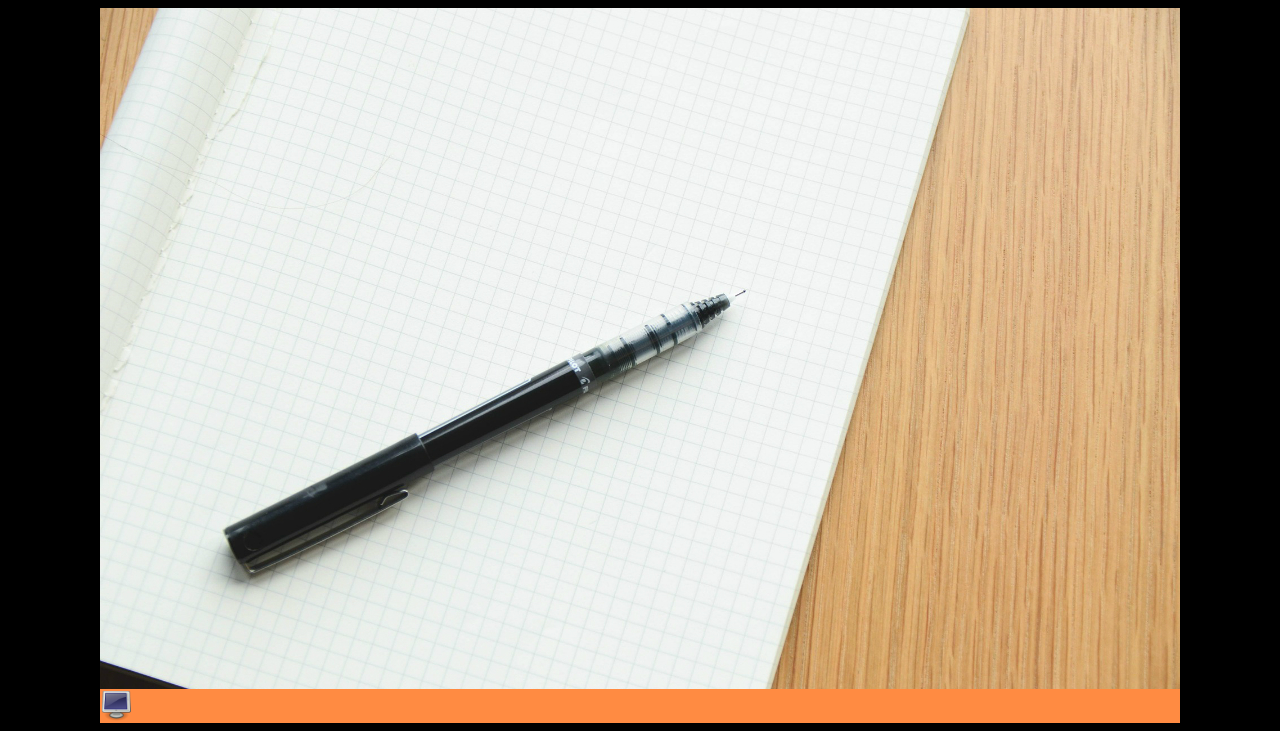
Repository: jc222fi/1dv403-laborationer
Page: 5-pwd/index.html
The author's editor kept a record of every edit. The page is drawn from the files as they stood at one moment, then again after the next edit.
The browser window is 1280 px wide. The pictures show the whole page.

Above is the page before.

### 5-pwd/index.html
<!DOCTYPE html>
<html>
    <head>
        <meta charset="UTF-8">
        <title>My Virtual Desktop</title>
        <link rel="stylesheet" href="style.css" />
    </head>
    <body>
        <div id="container">
            <footer>
            </footer>
        </div>
        <script src="script.js"></script>
    </body>
</html>

### 5-pwd/style.css
html{
    background-color:black;
}
#container{
    height:715px;
    width:1080px;
    margin:0 auto;
    background-image:url("pics/notepad1.jpg");
}
.imageViewer{
    color:white;
    font-family:Arial, Helvetica, sans-serif;
    height:400px;
    width:300px;
    margin-left:5px;
    border-top:1px solid #ffb870;
    border-left:1px solid #ffb870;
    border-right:1px solid #ff8b42;
    border-bottom:1px solid #ff8b42;
    background-color:#ffffcc;
}
.windowHeader{
    height:30px;
    width:290px;
    padding:5px;
    background-color:#ff8b42;
}
    .headerIcon{
        float:left;
    }
    .windowHeader p{
        margin-top: 2px;
        margin-left: 34px;
    }
    .close{
        float:right;
    }
    .close img{
        height:10px;
        width:10px;
        padding: 1px;
        background-color: #ffb870;
        border-top: 1px solid beige;
        border-left: 1px solid beige;
    }
.windowBody{
    height:340px;
    width:300px;
    overflow-y:scroll;
}
.windowFooter{
    height:20px;
    width:300px;
    background-color:#ff8b42;
}
    .windowFooter p{
        height:10px;
        margin-top:0;
        margin-left: 3px;
        font-size: small;
    }
footer{
    background-color:#ff8b42;
    position:absolute;
    margin-top:681px;
    height:30px;
    width:1076px;
    padding:2px;
}

### 5-pwd/script.js
"use strict";
//Bilder från pixabay.com

var MyDesktop = {

    init: function(){

        MyDesktop.openDesktop();
    },

    openDesktop: function(){

        var button = document.createElement("a");
        var buttonImage = document.createElement("img");
        var footer = document.querySelector("footer");

        button.href = "#";
        buttonImage.src = "pics/desktopicon.png";
        footer.appendChild(button);
        button.appendChild(buttonImage);

        button.onclick = function(){

            MyDesktop.openWindow();
        };
    },

    openWindow: function(){

        var containerDiv = document.getElementById("container");
        var windowDiv = document.createElement("div");
        var windowHeader = document.createElement("div");
        var windowBody = document.createElement("div");
        var windowFooter = document.createElement("div");
        var windowHeadline = document.createElement("p");
        var statusLine = document.createElement("p");
        var headerIcon = document.createElement("img");
        var closeIcon = document.createElement("img");
        var a = document.createElement("a");

        a.href ="#";
        closeIcon.src = "pics/cancel.png";
        headerIcon.src = "pics/desktopicon.png";
        headerIcon.setAttribute("class", "headerIcon");
        a.setAttribute("class", "close");
        windowDiv.setAttribute("class", "imageViewer");
        windowBody.setAttribute("class", "windowBody");
        windowHeader.setAttribute("class", "windowHeader");
        windowFooter.setAttribute("class", "windowFooter");

        a.appendChild(closeIcon);
        windowHeader.appendChild(headerIcon);
        windowHeader.appendChild(a);
        windowHeader.appendChild(windowHeadline);
        windowFooter.appendChild(statusLine);
        windowDiv.appendChild(windowHeader);
        windowDiv.appendChild(windowBody);
        windowDiv.appendChild(windowFooter);
        containerDiv.appendChild(windowDiv);

        windowHeadline.innerHTML = "Image Viewer";
        statusLine.innerHTML = "Status..."

        a.onclick = function(){
            containerDiv.innerHTML = "";
            MyDesktop.openDesktop();
        }
    }

};

window.onload = MyDesktop.init;

After the next edit:
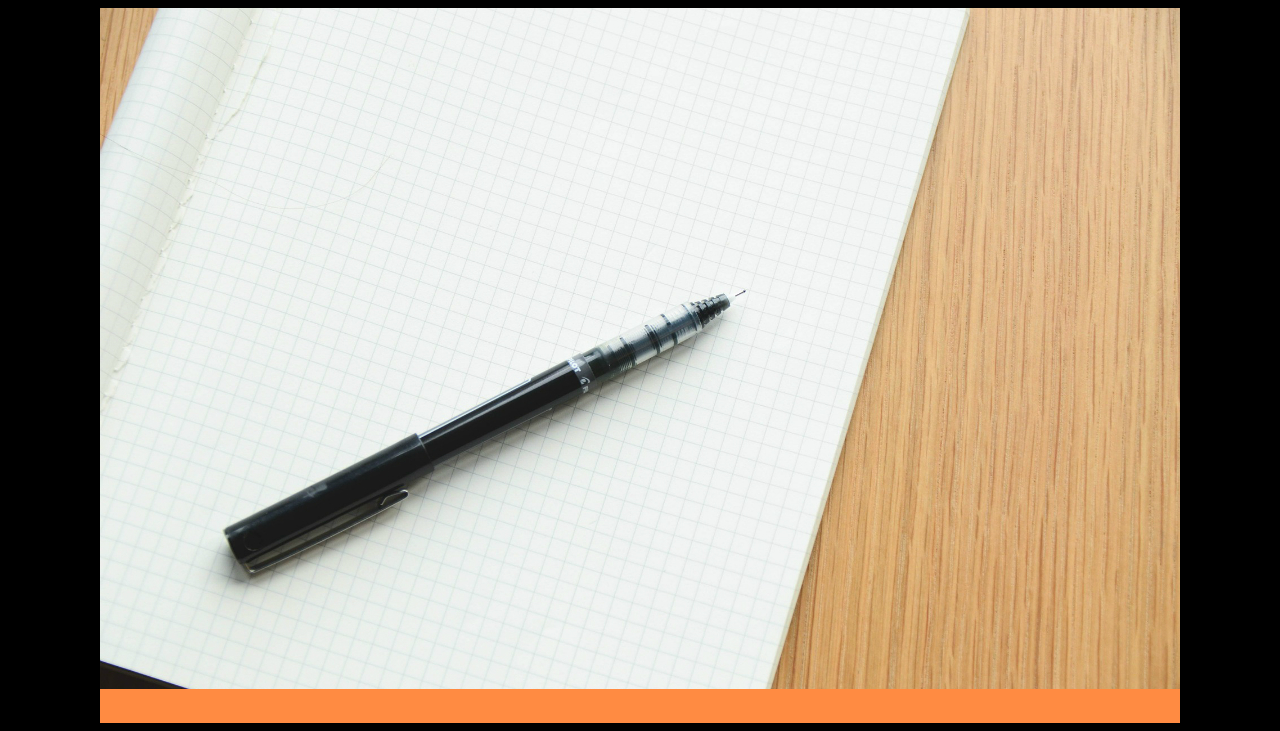
The edit:
--- a/5-pwd/script.js
+++ b/5-pwd/script.js
@@ -12,7 +12,8 @@
 
         var button = document.createElement("a");
         var buttonImage = document.createElement("img");
-        var footer = document.querySelector("footer");
+        var footer = document.createElement("footer");
+        var container = document.getElementById("container");
 
         button.href = "#";
         buttonImage.src = "pics/desktopicon.png";

After the edit that followed:
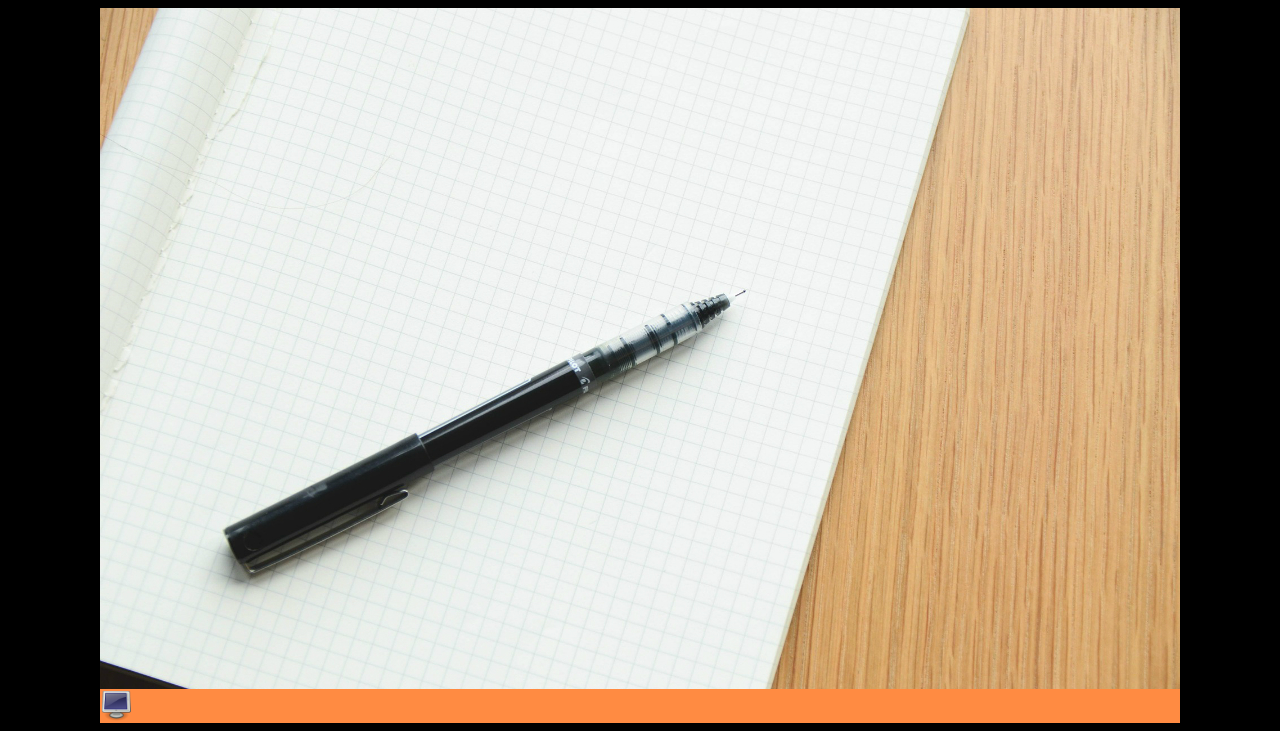
The edit:
--- a/5-pwd/script.js
+++ b/5-pwd/script.js
@@ -17,6 +17,7 @@
 
         button.href = "#";
         buttonImage.src = "pics/desktopicon.png";
+        container.appendChild(footer);
         footer.appendChild(button);
         button.appendChild(buttonImage);
 
